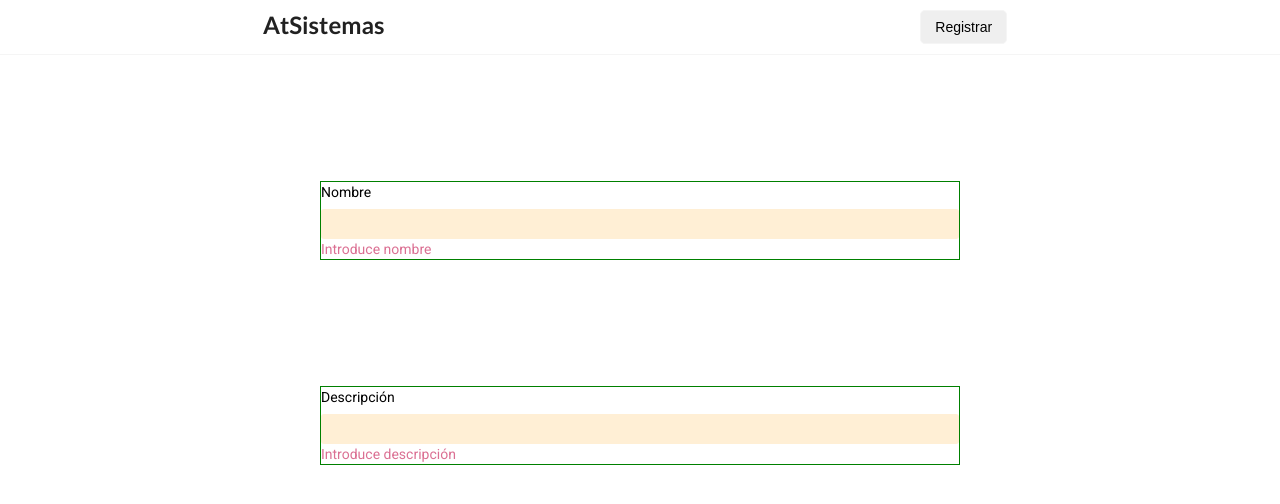
Repository: banchiec/atsistemas
Page: /site/register-site
An editor plug-in stored every save of this project. The page is shown before and after the next save, followed by the edit.
The browser window is 1280 px wide. The pictures show the whole page.
The project was rebuilt for these pictures with package versions that can differ from the ones it lists, and the page was loaded fresh each time. Also part of the build but not shown: src/components/SiteCard/SiteCard.js, src/redux/actions/sitesActions.js, src/screens/SiteScreen/SiteScreen.js, src/screens/SiteDetailsScreen/SiteDetailsScreen.js.

Above is the page before, as saved 2022-08-16 14:19:11.

### src/index.js
import React from "react";
import ReactDOM from "react-dom";
import App from "./App";
import store from "./redux/store";
import { Provider } from "react-redux";

ReactDOM.render(
  <React.StrictMode>
    <Provider store={store}>
      <App />
    </Provider>
  </React.StrictMode>,
  document.getElementById("root")
);

### src/App.js
import React from "react";
import { BrowserRouter as Router, Switch, Route } from "react-router-dom";
import SiteScreen from "./screens/SiteScreen/SiteScreen";
import SiteDetailsScreen from './screens/SiteDetailsScreen/SiteDetailsScreen'
import Header from "./components/Header/Header";
import "./App.css";
import RegisterSiteScreen from "./screens/RegisterSiteScreen/RegisterSiteScreen";

function App() {
  return (
    <div className="App">
      <Header/>
      <Router>
        <Switch>
          <Route path="/" exact component={SiteScreen} />
          <Route path="/site/register-site" exact component={RegisterSiteScreen} />
          <Route path="/site/:siteId" exact component={SiteDetailsScreen} />
          <Route>404 Not Found!</Route>
        </Switch>
      </Router>
    </div>
  );
}

export default App;

### src/components/Header/Header.js
import {ContainerHeader} from './headerStyled'

const Header = () => {
  function handleClick(){
    console.log("Object");
  }
	return(
    <ContainerHeader>
      <div>
        <h2>AtSistemas</h2>
      </div>
      <div>
        <button onClick={handleClick}>Registrar</button>
      </div>
    </ContainerHeader>
	)
}
export default Header

### src/App.css
* {
  font-family: "Roboto", sans-serif;
  padding: 0;
  margin: 0;
}

.ui.cards > .card > .image {
  height: 250px;
  padding: 20px;
  background: #fff;
  margin: auto;
}
.ui.cards > .card > .image > img {
  height: 100%;
  max-width: 100%;
  width: auto;
}
.ui.cards > .card > .content > .header {
  height: 48px;
  overflow: hidden;
  margin-bottom: 5px;
}
.ui.cards > .card > .content > .list{
  height: 36px;
  margin-bottom: 0px;
  overflow: hidden;
}
.ui.cards > .card .meta.name{
  margin-bottom: 5px;
  font-size: 18px;
  color: #333;
  font-weight: 600;
}

.ui.cards > .card .meta.name> a {
  font-size: 1.3rem;
  color: #222;
}

.ui.menu.fixed {
  height: 60px;
  padding-top: 15px;
}

.ui.grid.container {
  margin-top: 200px;
}

.ui.grid > .row {
  background: #fff;
}
.ui.grid > .row > .column.lp {
  padding: 20px 40px 20px 20px;
  align-self: flex-start !important;
}
.ui.grid > .row > .column.rp {
  padding: 20px 20px 20px 40px;
  text-align: left;
  align-self: flex-start !important;
}

.ui.grid > .row > .column > img,
.ui.grid > .row > img {
  height: 100%;
}
.ui.placeholder .header:not(:first-child):before,
.ui.placeholder .image:not(:first-child):before,
.ui.placeholder .paragraph:not(:first-child):before {
  display: none;
}

.ui.label,
.ui.labels .label {
  font-size: 22px;
}

.column.rp h1 {
  color: #333;
}
.column.rp p {
  font-size: 18px;
  color: #777;
}
.ui.placeholder.segment .column .button,
.ui.placeholder.segment .column .field,
.ui.placeholder.segment .column textarea,
.ui.placeholder.segment .column > .ui.input {
  background-color: #ff3e6c;
  border: 1px solid #ff3e6c;
  color: #fff;
  font-size: 18px;
  margin-left: 0;
}

### src/screens/RegisterSiteScreen/RegisterSiteScreen.js
import { ContainerRegisterSiteScreen, FormControl, Input, Label, Message } from "./registerSiteScreenStyled"

const RegisterSiteScreen = () => {

	const handleSubmit = () => {
		console.log("object");
	}
	return(
		<ContainerRegisterSiteScreen>
			<FormControl>
				<Label htmlFor="label">Nombre</Label>
				<Input id='label'/>
				<Message>Introduce nombre</Message>
			</FormControl>
			<FormControl>
				<Label htmlFor="label">Descripción</Label>
				<Input id='label'/>
				<Message>Introduce descripción</Message>
			</FormControl>
		</ContainerRegisterSiteScreen>
	)
}
export default RegisterSiteScreen

### src/redux/reducers/index.js
import { combineReducers } from "redux";
import { sitesReducer, selectedSiteReducer } from "./sitesReducer";
const reducers = combineReducers({
  allSites: sitesReducer,
  site: selectedSiteReducer,
});
export default reducers;

### src/components/Header/headerStyled.js
import styled from 'styled-components'

const ContainerHeader = styled.div`
	display: flex;
	flex-direction: row;
	border-bottom: 1px solid whitesmoke;
	justify-content: space-around;
	div {
		padding: 10px;
		button{
			border-radius: 5px;
			padding: 8px 14px 8px 14px;
			border: 1px solid whitesmoke;
			margin: 0px 10px 0px 10px;
			:hover {
				background: black ;
				color: white;
				transition: 1s ease-out;
			}
		}
	}
`
export {
	ContainerHeader
}

### src/screens/RegisterSiteScreen/registerSiteScreenStyled.js
import styled from "styled-components";

export const ContainerRegisterSiteScreen = styled.div`
	display: flex;
	flex-direction: column;
	justify-content: center;
	align-items: center;
`
export const FormControl = styled.div`
  border: 1px solid green;
	color: palevioletred;
	display: block;
	width: 50%;
	/* margin: 10px auto; */
	margin-top: 9em;
`
export const Label = styled.label`
	display: block;
	margin-bottom: 0.5em;
	color: black;
`
export const Input = styled.input`
	padding:  0.5em;
	color: black;
	background:  papayawhip;
	border: none;
	border-radius: 3px;
	width: 100%;
`
export const Message = styled.label`
	color: palevioletred;
	display: block;
`

### src/redux/reducers/sitesReducer.js
import { ActionTypes } from "../constants/action-types";
const intialState = {
  sites: [],
};

export const sitesReducer = (state = intialState, { type, payload }) => {
  switch (type) {
    case ActionTypes.SET_SITES:
      return {
        ...state,
        sites: payload
      };
    default:
      return state;
  }
};

export const selectedSiteReducer = (state = {}, { type, payload }) => {
  switch (type) {
    case ActionTypes.SELECTED_SITE:
      return {
        ...state,
        ...payload
      };
    case ActionTypes.REMOVE_SELECTED_SITE:
      return {};
    default:
      return state;
  }
};

### src/redux/constants/action-types.js
export const ActionTypes = {
  FETCH_SITES: 'FETCH_SITES',
  SET_SITES: "SET_SITES",
  SELECTED_SITE: "SELECTED_SITE",
  REMOVE_SELECTED_SITE: "REMOVE_SELECTED_SITE",
};

Loaded but not shown: public/index.html (common file); src/redux/store.js (common file)

After the next save:
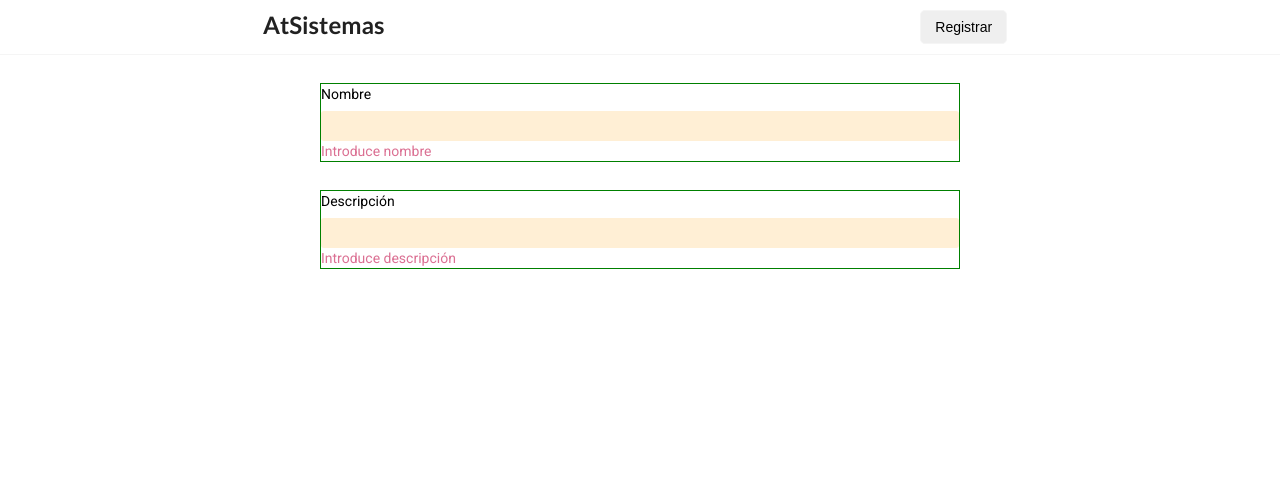
Saved 6 s later.
--- a/src/screens/RegisterSiteScreen/registerSiteScreenStyled.js
+++ b/src/screens/RegisterSiteScreen/registerSiteScreenStyled.js
@@ -12,7 +12,7 @@ export const FormControl = styled.div`
 	display: block;
 	width: 50%;
 	/* margin: 10px auto; */
-	margin-top: 9em;
+	margin-top: 2em;
 `
 export const Label = styled.label`
 	display: block;
